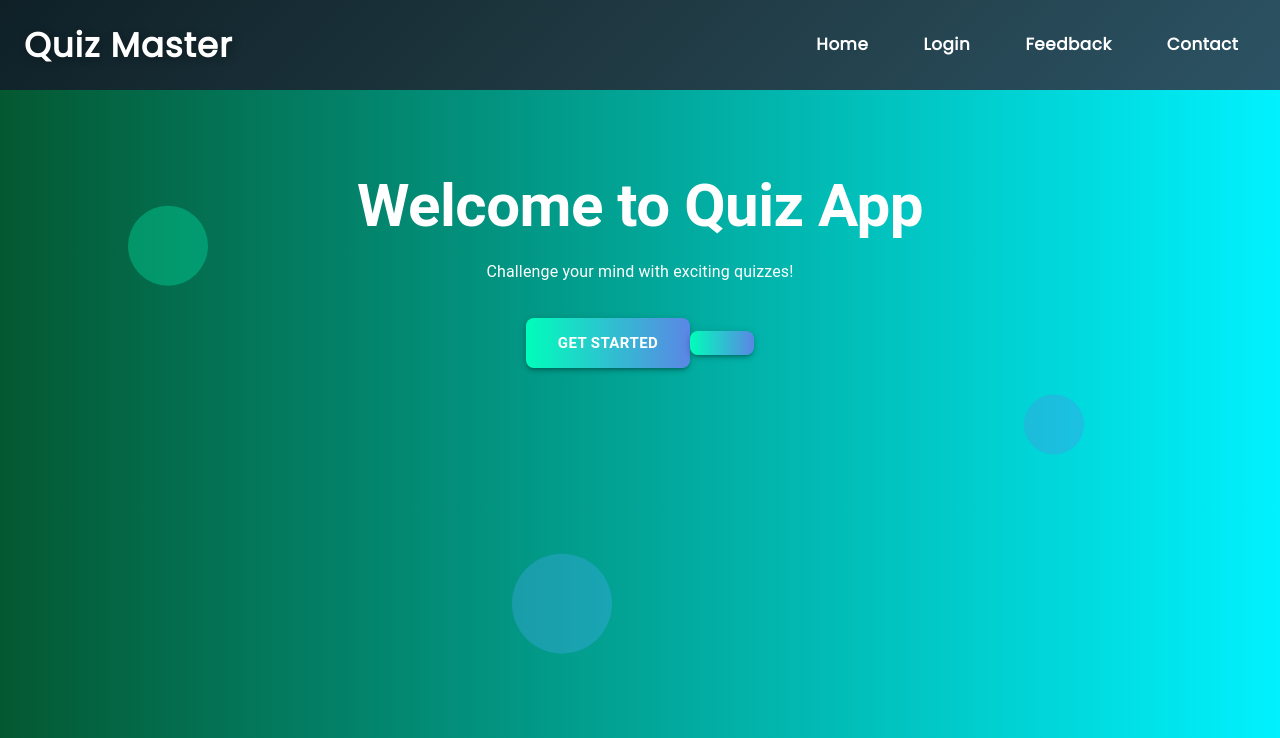
Repository: lalit9168/quizApp
Page: / (app in frontend/)
The author's editor kept a copy of each file at every save. The page is drawn from the files as they stood at one save, then again after the next save.
The browser window is 1280 px wide. The pictures show the whole page.
The project was rebuilt for these pictures with package versions that can differ from the ones it lists, and the page was loaded fresh each time. Also part of the build but not shown: frontend/vite.config.js, frontend/src/index.css, frontend/src/Components/Login/Login.jsx, frontend/src/Components/Home/Home.jsx, frontend/src/Components/PrivateRoute.jsx, frontend/src/Components/api.js, frontend/src/Components/Quiz/QuizPage.jsx, frontend/src/Components/Quiz/QuizDash.jsx and 7 more.

Above is the page before, as saved 2025-06-09 11:36:12.

After the next save:
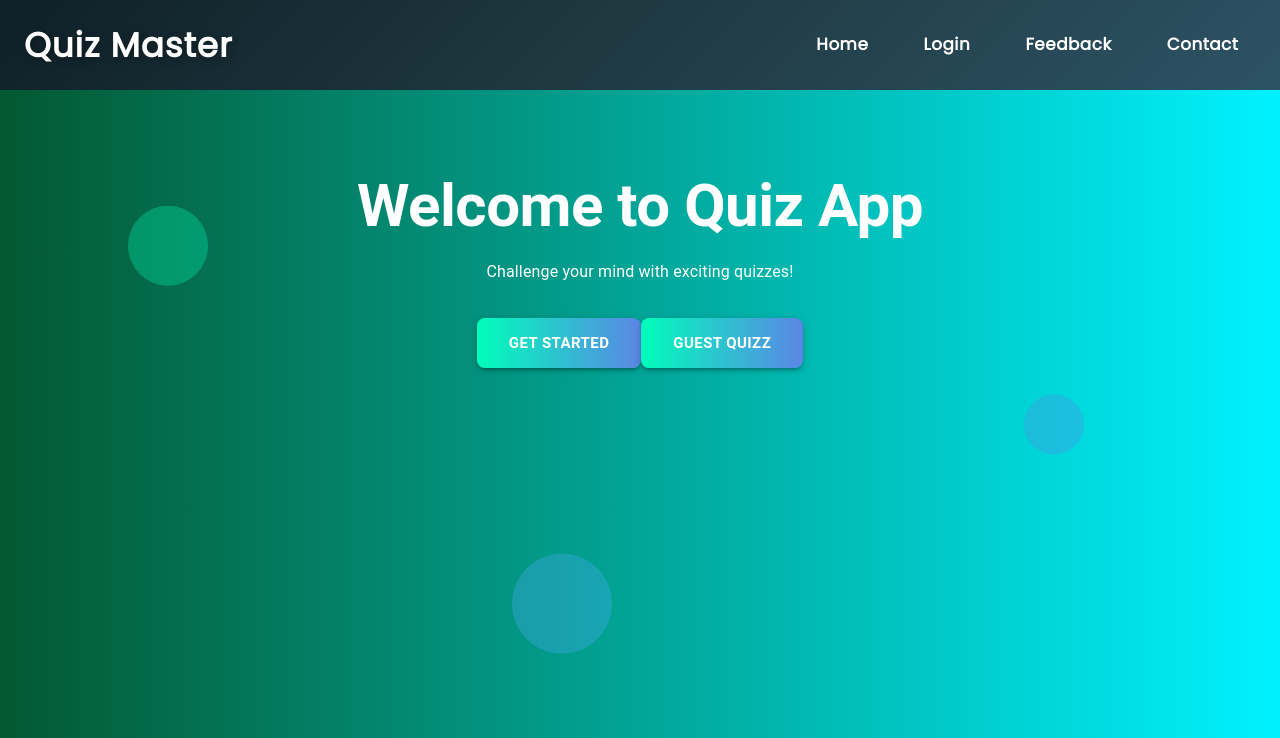
Saved 4 s later.
--- a/frontend/src/Components/LandingPage/Hero.jsx
+++ b/frontend/src/Components/LandingPage/Hero.jsx
@@ -114,7 +114,7 @@ const Hero = () => {
             }}
             onClick={() => navigate("/guest-quiz-entry")}
           >
-
+            guest quizz
           </Button>
         </Box>
       </Box>
